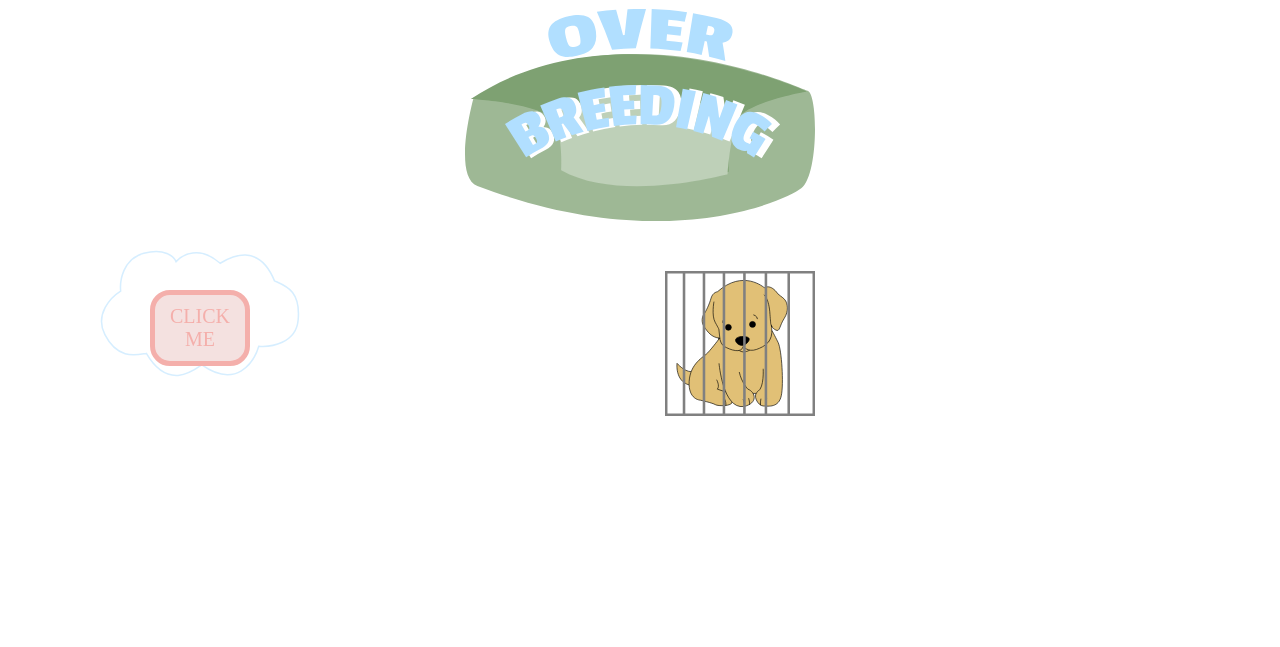
Repository: SoleilDagneau/MDIA2109Midterm
Page: index.html
The author's editor kept a copy of each file at every save. The page is drawn from the files as they stood at one save, then again after the next save.
The browser window is 1280 px wide. The pictures show the whole page.
Some web fonts or font styles are not loaded; a fallback is used.

Above is the page before, as saved 2022-03-02 20:57:58.

### index.html
<!DOCTYPE html>
<html lang="en">
<head>
    <meta charset="UTF-8">
    <meta http-equiv="X-UA-Compatible" content="IE=edge">
    <meta name="viewport" content="width=device-width, initial-scale=1.0">
    <title>Animal Cruelty</title>

    <link href="styles.css" rel="stylesheet">

    <link rel="preconnect" href="https://fonts.googleapis.com">
    <link rel="preconnect" href="https://fonts.gstatic.com" crossorigin>
    <link href="https://fonts.googleapis.com/css2?family=Passion+One:wght@400;700&display=swap" rel="stylesheet">

    <script src="utils/speechbubble.js"></script>
    <script src="utils/clickbubble.js"></script>
    <script src="utils/squarecard.js"></script>
    <script src="utils/blobcard.js"></script>

</head>
<body>

<div class="overbreeding">

    <div class="conttitle">

        <img class="obtitle" src="imgs/overbreeding.svg" alt="overbreeding title">
    </div>
    <div class="contcage">
        <img class="cage" src="imgs/dogincage.svg" alt="dog in cage img">
        <the-clickbubble class="dogtext" desc_text="CLICK ME"></the-clickbubble>
    </div>











</div>

</body>
</html>

### styles.css

.obtitle{
    width:350px;
    display: flex;
    position:relative;
    margin: auto;
}
.cage{
    width:150px;
    display: flex;
    position: relative;
    left: 100px;
    top: 50px;
    margin: auto;
}
.dogtext{
    display: flex;
    position:absolute;
    top:250px;
    left:100px;
}

### utils/speechbubble.js
//MUST HAVE - CREATE A TEMPLATE TAG
var template_speechbub = document.createElement("template"); //<template> </template> RULE

//To-do - CREATE THE UI HERE!
template_speechbub.innerHTML = `

<style>
    #next_button {
        background-color:#61A8FF;
        border:3px solid #AFDDFF;
        border-radius: 10px;
        font-family: 'passion one', cursive;
        color: white;
        font-size:20px;
        margin:65px;
        display:flex;
        position:absolute;
        top:45px;
        left: 30px;

    }
    #speech_bubble{
        width:250px;
        display:flex;
        position:relative;

    }

</style>
<div id="cloud">
    <img id="speech_bubble" src="imgs/cloud.svg" alt=""/>
        <button id="next_button">
            next...
         </button>
</div>

`;

//MUST HAVE - CREATE A CLASS WITH HTMLELEMENT POWERS (interfaces/functionalities)
class TheSpeechBubble extends HTMLElement {

    //MUST HAVE - CREATE A CONSTRUCTOR TO DO INITAL ASSOCIATIONS
    constructor(){
        super(); //pass on the HTMLElement super powers!
        this.attachShadow({mode:"open"}) //Attach it to the shadowRoot

        //To-do - CREATE THE STATES FOR THE UI HERE!
    }

    //MUST HAVE - FUNCTION THAT RUNS AFTER IT'S CONNECTED
    connectedCallback(){
        this.shadowRoot.appendChild(template_speechbub.content.cloneNode(true));
        this.shadowRoot.querySelector("#next_button").innerText = this.getAttribute("button_text"); //use the template to make a clone
    }

    //To-do - CREATE THE FUNCTIONALITIES HERE!
}

//MUST HAVE - define the tag for the custom elements
customElements.define("the-speechbubble", TheSpeechBubble)

### utils/clickbubble.js
//MUST HAVE - CREATE A TEMPLATE TAG
var template_clickbubble = document.createElement("template"); //<template> </template> RULE

//To-do - CREATE THE UI HERE!
template_clickbubble.innerHTML = `

<style>
    #desc_text {
        font-family:'passion one', cursive;
        color: #F4AFAB;
        font-size:20px;
        padding: 10px;
        background-color:#F4E1E0;
        border: 5px solid #F4AFAB;
        border-radius: 20px;
        position: absolute;
        display:flex;
        justify-content:center;
        top:-10px;

        margin:50px;
    }
    img{
        width: 200px;
    }
    #click_bubble{
        display:flex;
    }
</style>
<div id="click_bubble">
    <img src="imgs/cloud.svg" alt="cloud svg"/>
        <button id="desc_text">
            CLICK ME
        </button>
</div>

`;

//MUST HAVE - CREATE A CLASS WITH HTMLELEMENT POWERS (interfaces/functionalities)
class TheClickBubble extends HTMLElement {

    //MUST HAVE - CREATE A CONSTRUCTOR TO DO INITAL ASSOCIATIONS
    constructor(){
        super(); //pass on the HTMLElement super powers!
        this.attachShadow({mode:"open"}) //Attach it to the shadowRoot

        //To-do - CREATE THE STATES FOR THE UI HERE!
    }

    //MUST HAVE - FUNCTION THAT RUNS AFTER IT'S CONNECTED
    connectedCallback(){
        this.shadowRoot.appendChild(template_clickbubble.content.cloneNode(true));
        this.shadowRoot.querySelector("#desc_text").innerText = this.getAttribute("desc_text"); //use the template to make a clone
    }

    //To-do - CREATE THE FUNCTIONALITIES HERE!
}

//MUST HAVE - define the tag for the custom elements
customElements.define("the-clickbubble", TheClickBubble)

### utils/squarecard.js
//MUST HAVE - CREATE A TEMPLATE TAG
var template_scard = document.createElement("template"); //<template> </template> RULE

//To-do - CREATE THE UI HERE!
template_scard.innerHTML = `

<style>
    #info_card {
        background-color:#EBB2AD;
        width: 175px;
        height:175px;
        border: 15px solid #F4E1E0;
        border-radius: 50px;
        margin: 2rem;
    }
    #info_text {
        display:flex;
        justify-content:center;
        font-size:18px;
        font-family: 'nunito', sans-serif;
        color: white;
        padding: 10px;

    }
</style>
<div id="info_card">
    <p id="info_text">info text</p>
</div>
`;

//MUST HAVE - CREATE A CLASS WITH HTMLELEMENT POWERS (interfaces/functionalities)
class TheSquareCard extends HTMLElement {

    //MUST HAVE - CREATE A CONSTRUCTOR TO DO INITAL ASSOCIATIONS
    constructor(){
        super(); //pass on the HTMLElement super powers!
        this.attachShadow({mode:"open"}) //Attach it to the shadowRoot

        //To-do - CREATE THE STATES FOR THE UI HERE!
    }

    //MUST HAVE - FUNCTION THAT RUNS AFTER IT'S CONNECTED
    connectedCallback(){
        this.shadowRoot.appendChild(template_scard.content.cloneNode(true));
        this.shadowRoot.querySelector("#info_text").innerText = this.getAttribute("info_text"); //use the template to make a clone
    }

    //To-do - CREATE THE FUNCTIONALITIES HERE!
}

//MUST HAVE - define the tag for the custom elements
customElements.define("the-squarecard", TheSquareCard)

### utils/blobcard.js
//MUST HAVE - CREATE A TEMPLATE TAG
var template_bcard = document.createElement("template"); //<template> </template> RULE

//To-do - CREATE THE UI HERE!
template_bcard.innerHTML = `

<style>
    #blob_text {
        font-family:'passion one', cursive;
        font-size:40px;
        color:#61A8FF;
        position:absolute;
        text-align:center;
        top:620px;
        left:90px;

    }
    #the_blobcard{
        width:250px;
    }
</style>
<div class="container">
    <div id="the_blobcard">
        <img id="" src="imgs/blob.svg" alt=""/>
            <h1 id="blob_text">
                blob text
            </h1>
    </div>
</div>
`;

//MUST HAVE - CREATE A CLASS WITH HTMLELEMENT POWERS (interfaces/functionalities)
class TheBlobCard extends HTMLElement {

    //MUST HAVE - CREATE A CONSTRUCTOR TO DO INITAL ASSOCIATIONS
    constructor(){
        super(); //pass on the HTMLElement super powers!
        this.attachShadow({mode:"open"}) //Attach it to the shadowRoot

        //To-do - CREATE THE STATES FOR THE UI HERE!
    }

    //MUST HAVE - FUNCTION THAT RUNS AFTER IT'S CONNECTED
    connectedCallback(){
        this.shadowRoot.appendChild(template_bcard.content.cloneNode(true));
        this.shadowRoot.querySelector("#blob_text").innerText = this.getAttribute("blob_text");
         //use the template to make a clone
    }

    //To-do - CREATE THE FUNCTIONALITIES HERE!
}

//MUST HAVE - define the tag for the custom elements
customElements.define("the-blobcard", TheBlobCard)

After the next save:
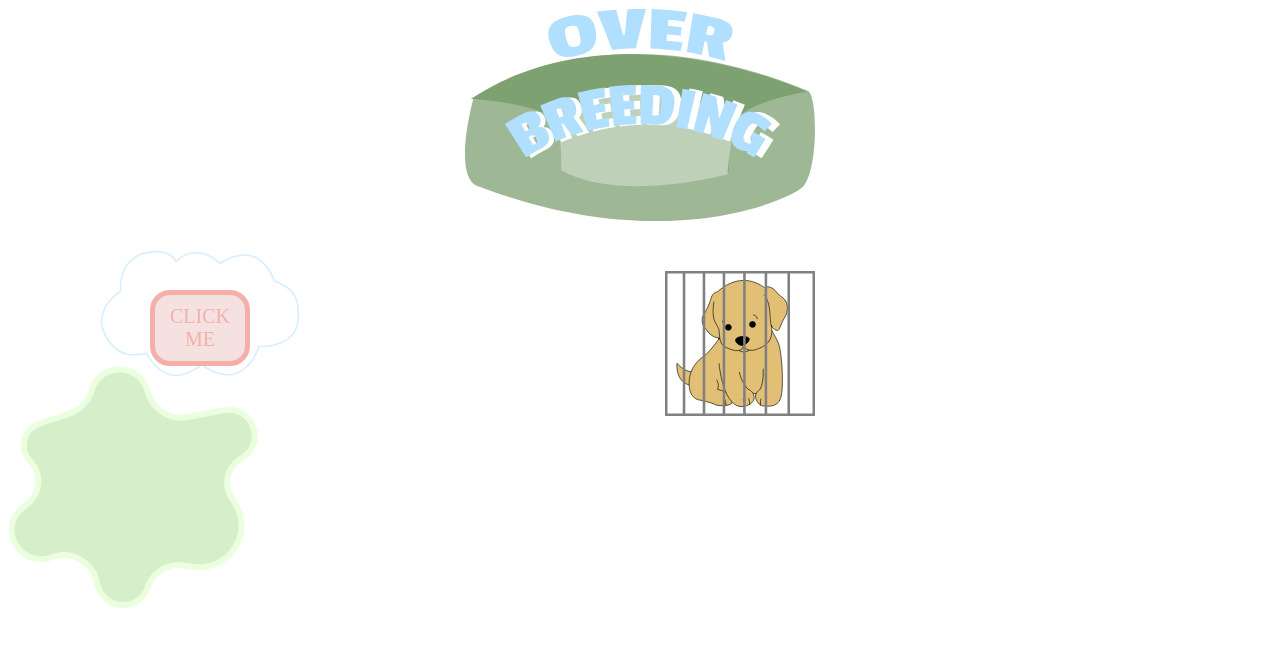
Saved 9 s later.
--- a/index.html
+++ b/index.html
@@ -30,6 +30,9 @@
         <img class="cage" src="imgs/dogincage.svg" alt="dog in cage img">
         <the-clickbubble class="dogtext" desc_text="CLICK ME"></the-clickbubble>
     </div>
+    <div class="contblob">
+        <the-blobcard></the-blobcard>
+    </div>
 
 
 
